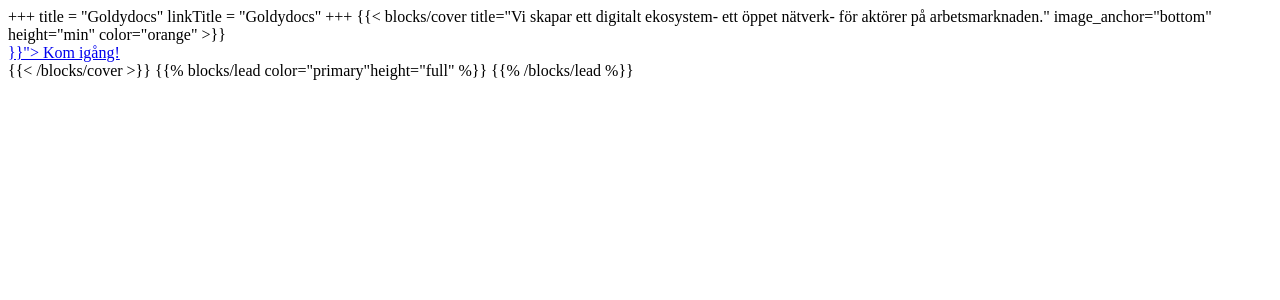
Repository: rudasn/docsy-cms-netlify
Page: content/sv/_index.html
An editor plug-in stored every save of this project. The page is shown before and after a run of saves, followed by the edit.
The browser window is 1280 px wide. The pictures show the whole page.

Above is the page before, as saved 2021-05-04 15:44:11.

After the next 3 saves:
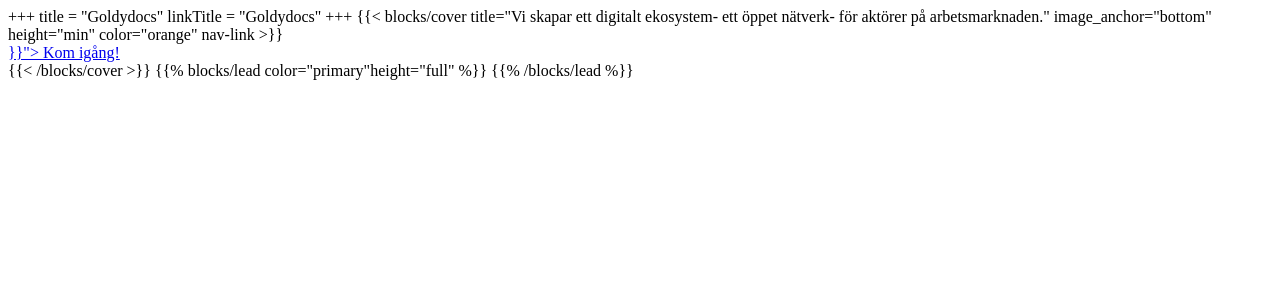
The 3 saves are shown as one change because they came seconds apart.
The last was saved 66 s later.
--- a/content/sv/_index.html
+++ b/content/sv/_index.html
@@ -4,7 +4,7 @@
 
 +++
 
-{{< blocks/cover title="Vi skapar ett digitalt ekosystem- ett öppet nätverk- för aktörer på arbetsmarknaden." image_anchor="bottom" height="min"  color="orange" >}}
+{{< blocks/cover title="Vi skapar ett digitalt ekosystem- ett öppet nätverk- för aktörer på arbetsmarknaden." image_anchor="bottom" height="min"  color="orange" nav-link >}}
 <div >
 	<a class="button" href="{{< relref "/docs" >}}">
 		Kom igång! <i class="fas fa-arrow-alt-circle-right ml-2"></i>
